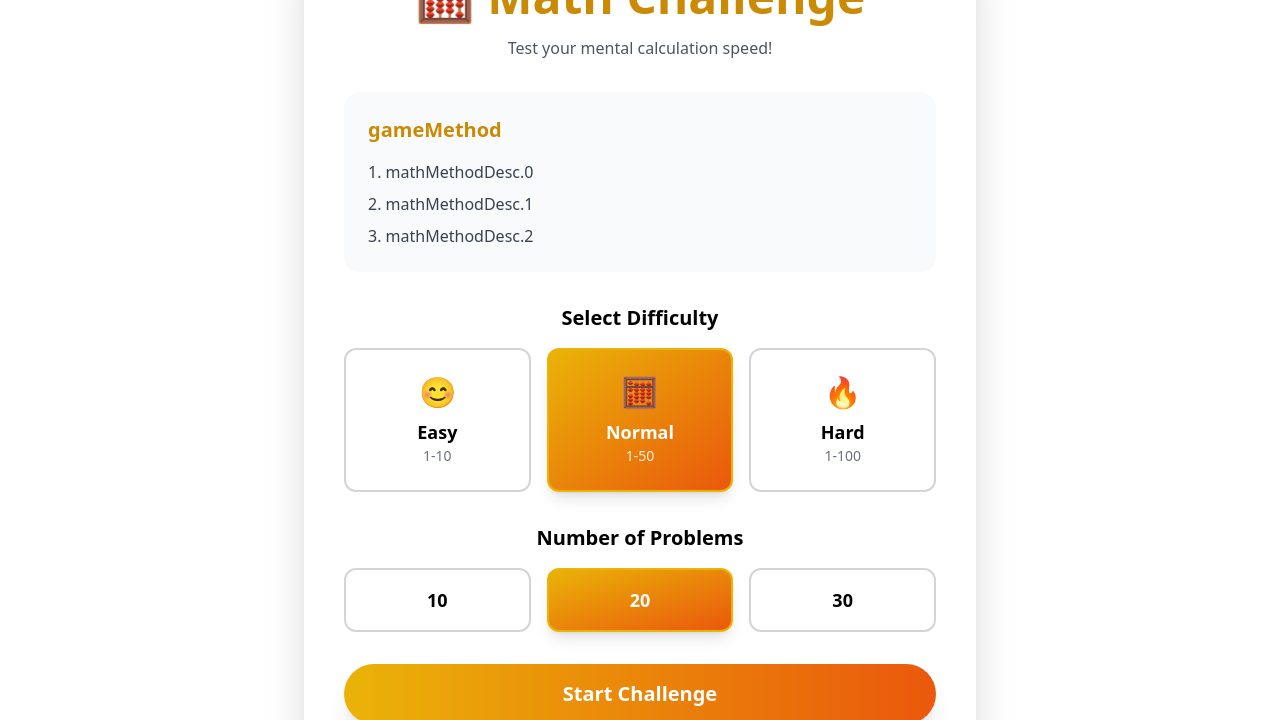
Repository: Lcmind/withjocoding
Page: math-challenge.html
These files come from the project's save history. The page is drawn as it stood at one moment and after the next save; the edit follows.
The browser window is 1280 px wide. The pictures show the whole page.
An inner scrolling area shows only its first screen. Some web libraries are served in a nearby version.

Above is the page before, as saved 2026-01-13 20:40:57.

### math-challenge.html
<!DOCTYPE html>
<html lang="en">
<head>
  <meta charset="UTF-8">
  <meta name="viewport" content="width=device-width, initial-scale=1.0">
  <meta name="description" content="Free Math Challenge! Test your mental calculation speed. Perfect for brain training!">
  <title>Math Challenge - Mental Calculation Speed Training</title>

  <!-- Tailwind CSS -->
  <script src="https://cdn.tailwindcss.com"></script>
  <script>
    tailwind.config = {
      theme: {
        extend: {
          colors: {
            primary: '#667eea',
            secondary: '#764ba2',
          }
        }
      }
    }
  </script>

  <!-- Google AdSense -->
  <script async src="https://pagead2.googlesyndication.com/pagead/js/adsbygoogle.js?client=ca-pub-1247545232353663"
     crossorigin="anonymous"></script>

  <style>
    @keyframes shake {
      0%, 100% { transform: translateX(0); }
      25% { transform: translateX(-10px); }
      75% { transform: translateX(10px); }
    }
    .shake {
      animation: shake 0.3s ease-in-out;
    }
    @keyframes correct-flash {
      0%, 100% { background-color: transparent; }
      50% { background-color: rgba(34, 197, 94, 0.2); }
    }
    .correct-flash {
      animation: correct-flash 0.5s ease-in-out;
    }
    /* 화면 전환 제어 (강력한 고정) */
    .screen {
      display: none !important;
      width: 100%;
      height: 100%;
    }
    .screen.active {
      display: flex !important;
      position: fixed;
      top: 0;
      left: 0;
      right: 0;
      bottom: 0;
      z-index: 9999;
      overflow-y: auto;
      background-color: white; /* 배경색 명시 */
    }
  </style>
</head>
<body class="min-h-screen bg-gradient-to-br from-yellow-500 to-orange-600 overflow-hidden">

  <!-- 언어 선택 -->
  <div class="fixed top-4 right-4 z-50">
    <select id="language-selector" class="px-4 py-2 rounded-lg bg-white shadow-lg cursor-pointer">
      <option value="ko">🇰🇷 한국어</option>
      <option value="en">🇺🇸 English</option>
    </select>
  </div>

  <!-- 홈으로 돌아가기 -->
  <div class="fixed top-4 left-4 z-50">
    <a href="index.html" class="px-4 py-2 bg-white rounded-lg shadow-lg hover:shadow-xl transition-all text-gray-700 font-bold">
      ← <span data-i18n="backHome">Home</span>
    </a>
  </div>

  <!-- 시작 화면 -->
  <div id="start-screen" class="screen active min-h-screen flex flex-col items-center justify-center p-4">
    <!-- 상단 광고 -->
    <div class="mb-6 flex justify-center">
      <ins class="adsbygoogle block"
           style="display:block; max-height:90px;"
           data-ad-format="horizontal"
           data-ad-client="ca-pub-1247545232353663"
           data-full-width-responsive="true"></ins>
    </div>

    <div class="max-w-2xl w-full bg-white rounded-3xl shadow-2xl p-6 md:p-10">
      <h1 class="text-4xl md:text-5xl font-bold text-center text-yellow-600 mb-4">
        🧮 <span data-i18n="title">Math Challenge</span>
      </h1>
      <p class="text-center text-gray-600 mb-8" data-i18n="subtitle">Test your mental calculation speed!</p>

      <!-- 게임 방법 -->
      <div class="bg-gray-50 rounded-2xl p-6 mb-8">
        <h3 class="text-xl font-bold text-yellow-600 mb-4" data-i18n="gameMethod">How to Play</h3>
        <ol class="list-decimal list-inside space-y-2 text-gray-700">
          <li data-i18n="mathMethodDesc.0">Math problems appear on screen</li>
          <li data-i18n="mathMethodDesc.1">Choose the correct answer quickly</li>
          <li data-i18n="mathMethodDesc.2">Complete all problems to see your speed!</li>
        </ol>
      </div>

      <!-- 난이도 선택 -->
      <div class="mb-8">
        <h3 class="text-xl font-bold text-center mb-4" data-i18n="selectDifficulty">Select Difficulty</h3>
        <div class="grid grid-cols-1 md:grid-cols-3 gap-4">
          <button class="difficulty-btn border-2 border-gray-300 rounded-xl p-6 hover:border-yellow-500 hover:shadow-lg transition-all" data-difficulty="easy">
            <div class="text-3xl mb-2">😊</div>
            <div class="font-bold text-lg" data-i18n="easy">Easy</div>
            <div class="text-sm text-gray-500">1-10</div>
          </button>
          <button class="difficulty-btn active border-2 border-yellow-500 bg-gradient-to-br from-yellow-500 to-orange-600 text-white rounded-xl p-6 shadow-lg" data-difficulty="normal">
            <div class="text-3xl mb-2">🧮</div>
            <div class="font-bold text-lg" data-i18n="normal">Normal</div>
            <div class="text-sm opacity-90">1-50</div>
          </button>
          <button class="difficulty-btn border-2 border-gray-300 rounded-xl p-6 hover:border-yellow-500 hover:shadow-lg transition-all" data-difficulty="hard">
            <div class="text-3xl mb-2">🔥</div>
            <div class="font-bold text-lg" data-i18n="hard">Hard</div>
            <div class="text-sm text-gray-500">1-100</div>
          </button>
        </div>
      </div>

      <!-- 문제 수 선택 -->
      <div class="mb-8">
        <h3 class="text-xl font-bold text-center mb-4" data-i18n="selectProblems">Number of Problems</h3>
        <div class="grid grid-cols-3 gap-4">
          <button class="problems-btn border-2 border-gray-300 rounded-xl p-4 hover:border-yellow-500 hover:shadow-lg transition-all" data-problems="10">
            <div class="font-bold text-lg">10</div>
          </button>
          <button class="problems-btn active border-2 border-yellow-500 bg-gradient-to-br from-yellow-500 to-orange-600 text-white rounded-xl p-4 shadow-lg" data-problems="20">
            <div class="font-bold text-lg">20</div>
          </button>
          <button class="problems-btn border-2 border-gray-300 rounded-xl p-4 hover:border-yellow-500 hover:shadow-lg transition-all" data-problems="30">
            <div class="font-bold text-lg">30</div>
          </button>
        </div>
      </div>

      <button id="start-btn" class="w-full bg-gradient-to-r from-yellow-500 to-orange-600 text-white font-bold text-xl py-4 rounded-full shadow-xl hover:shadow-2xl hover:-translate-y-1 transition-all">
        <span data-i18n="startChallenge">Start Challenge</span>
      </button>

      <div class="mt-6 text-center text-gray-600">
        <p>🏆 <span data-i18n="bestTime">Best Time</span>: <span id="best-record">--</span></p>
      </div>
    </div>
  </div>

  <!-- 게임 화면 -->
  <div id="game-screen" class="screen hidden min-h-screen bg-gray-900 relative flex items-center justify-center">
    <!-- 게임 정보 -->
    <div class="fixed top-8 left-1/2 transform -translate-x-1/2 z-10">
      <div class="flex gap-8 bg-white/10 backdrop-blur-md px-6 py-3 rounded-full">
        <div class="text-white text-lg">
          <span class="opacity-80" data-i18n="problems">Problems</span>: <span id="problem-count" class="font-bold">0 / 20</span>
        </div>
        <div class="text-white text-lg">
          <span class="opacity-80" data-i18n="time">Time</span>: <span id="time-display" class="font-bold">0.0s</span>
        </div>
        <div class="text-white text-lg">
          <span class="opacity-80" data-i18n="accuracy">Accuracy</span>: <span id="accuracy-display" class="font-bold">100%</span>
        </div>
      </div>
    </div>

    <!-- 문제 영역 -->
    <div class="max-w-2xl w-full mx-4">
      <div class="bg-white rounded-3xl shadow-2xl p-8 md:p-12">
        <div id="problem-display" class="text-5xl md:text-7xl font-bold text-center text-gray-800 mb-8">
          2 + 3 = ?
        </div>

        <div class="grid grid-cols-2 gap-4">
          <button class="answer-btn bg-gradient-to-br from-blue-500 to-purple-600 text-white font-bold text-3xl py-6 rounded-2xl shadow-lg hover:shadow-xl hover:-translate-y-1 transition-all">
            5
          </button>
          <button class="answer-btn bg-gradient-to-br from-green-500 to-teal-600 text-white font-bold text-3xl py-6 rounded-2xl shadow-lg hover:shadow-xl hover:-translate-y-1 transition-all">
            6
          </button>
          <button class="answer-btn bg-gradient-to-br from-yellow-500 to-orange-600 text-white font-bold text-3xl py-6 rounded-2xl shadow-lg hover:shadow-xl hover:-translate-y-1 transition-all">
            4
          </button>
          <button class="answer-btn bg-gradient-to-br from-red-500 to-pink-600 text-white font-bold text-3xl py-6 rounded-2xl shadow-lg hover:shadow-xl hover:-translate-y-1 transition-all">
            7
          </button>
        </div>
      </div>
    </div>
  </div>

  <!-- 결과 화면 -->
  <div id="result-screen" class="screen hidden min-h-screen flex flex-col items-center justify-center p-4">
    <div class="max-w-2xl w-full bg-white rounded-3xl shadow-2xl p-6 md:p-10">
      <h1 class="text-4xl font-bold text-center text-yellow-600 mb-8">
        🧮 <span data-i18n="results">Results</span>
      </h1>

      <div class="bg-gradient-to-br from-yellow-500 to-orange-600 text-white rounded-2xl p-8 mb-6">
        <div class="text-center mb-6">
          <div class="text-lg opacity-90 mb-2" data-i18n="totalTime">Total Time</div>
          <div id="final-time" class="text-6xl font-bold mb-4">10.0s</div>
        </div>

        <div class="grid grid-cols-3 gap-4">
          <div class="bg-white/20 rounded-xl p-4 text-center">
            <div class="text-sm opacity-90" data-i18n="correct">Correct</div>
            <div id="correct-count" class="text-2xl font-bold">0</div>
          </div>
          <div class="bg-white/20 rounded-xl p-4 text-center">
            <div class="text-sm opacity-90" data-i18n="wrong">Wrong</div>
            <div id="wrong-count" class="text-2xl font-bold">0</div>
          </div>
          <div class="bg-white/20 rounded-xl p-4 text-center">
            <div class="text-sm opacity-90" data-i18n="accuracy">Accuracy</div>
            <div id="final-accuracy" class="text-2xl font-bold">100%</div>
          </div>
        </div>

        <div class="mt-6 text-center">
          <div class="text-sm opacity-90" data-i18n="avgTimePerProblem">Avg Time per Problem</div>
          <div id="avg-time" class="text-3xl font-bold">0.5s</div>
        </div>
      </div>

      <div class="flex gap-4">
        <button id="retry-btn" class="flex-1 bg-gradient-to-r from-yellow-500 to-orange-600 text-white font-bold text-xl py-4 rounded-full shadow-xl hover:shadow-2xl hover:-translate-y-1 transition-all">
          <span data-i18n="challengeAgain">Challenge Again</span>
        </button>
        <button id="home-btn" class="flex-1 bg-white text-yellow-600 border-2 border-yellow-600 font-bold text-xl py-4 rounded-full hover:bg-yellow-600 hover:text-white transition-all">
          <span data-i18n="backHome">Home</span>
        </button>
      </div>
    </div>

    <!-- 하단 광고 -->
    <div class="mt-6 flex justify-center">
      <ins class="adsbygoogle block"
           style="display:block; min-height:250px;"
           data-ad-format="autorelaxed"
           data-ad-client="ca-pub-1247545232353663"
           data-full-width-responsive="true"></ins>
    </div>
  </div>

  <!-- Footer -->
  <footer class="w-full py-6 text-center text-white bg-gray-900">
    <p class="mb-2">Made with ❤️ | Math Challenge</p>
    <p class="text-sm">
      <a href="privacy.html" class="text-white hover:underline mx-2" data-i18n="privacyPolicy">Privacy Policy</a> |
      <a href="terms.html" class="text-white hover:underline mx-2" data-i18n="termsOfService">Terms of Service</a>
    </p>
  </footer>

  <script>
    (adsbygoogle = window.adsbygoogle || []).push({});
  </script>

  <script src="math-challenge.js"></script>
</body>
</html>

### math-challenge.js
document.addEventListener('DOMContentLoaded', () => {
  // 번역
  const translations = {
    ko: {
      title: '수학 챌린지',
      subtitle: '빠른 암산 능력을 테스트하세요!',
      selectDifficulty: '난이도 선택',
      easy: '쉬움',
      normal: '보통',
      hard: '어려움',
      selectProblems: '문제 수 선택',
      startChallenge: '챌린지 시작',
      bestTime: '최단 시간',
      problems: '문제',
      time: '시간',
      accuracy: '정확도',
      results: '결과',
      totalTime: '총 시간',
      correct: '정답',
      wrong: '오답',
      avgTimePerProblem: '문제당 평균 시간',
      challengeAgain: '다시 도전',
      backHome: '홈으로',
      privacyPolicy: '개인정보처리방침',
      termsOfService: '이용약관'
    },
    en: {
      title: 'Math Challenge',
      subtitle: 'Test your mental calculation speed!',
      selectDifficulty: 'Select Difficulty',
      easy: 'Easy',
      normal: 'Normal',
      hard: 'Hard',
      selectProblems: 'Number of Problems',
      startChallenge: 'Start Challenge',
      bestTime: 'Best Time',
      problems: 'Problems',
      time: 'Time',
      accuracy: 'Accuracy',
      results: 'Results',
      totalTime: 'Total Time',
      correct: 'Correct',
      wrong: 'Wrong',
      avgTimePerProblem: 'Avg Time per Problem',
      challengeAgain: 'Challenge Again',
      backHome: 'Home',
      privacyPolicy: 'Privacy Policy',
      termsOfService: 'Terms of Service'
    }
  };

  let currentLang = 'en';
  try {
    currentLang = localStorage.getItem('preferredLanguage') || 'en';
  } catch (e) {
    console.warn('LocalStorage access failed:', e);
  }

  const languageSelector = document.getElementById('language-selector');
  if (languageSelector) languageSelector.value = currentLang;

  // 게임 로직 변수 선언 (최상단으로 이동)
  let difficulty = 'normal';
  let problemCount = 20;
  let currentProblem = 0;
  let correctAnswers = 0;
  let wrongAnswers = 0;
  let startTime = 0;
  let correctAnswer = 0;

  function t(key) {
    return translations[currentLang][key] || key;
  }

  function updateLanguage() {
    document.querySelectorAll('[data-i18n]').forEach(el => {
      const key = el.getAttribute('data-i18n');
      el.textContent = t(key);
    });
    loadBestRecord();
  }

  if (languageSelector) {
    languageSelector.addEventListener('change', (e) => {
      currentLang = e.target.value;
      try {
        localStorage.setItem('preferredLanguage', currentLang);
      } catch (e) {
        console.warn('LocalStorage save failed:', e);
      }
      updateLanguage();
    });
  }

  updateLanguage();

  // 변수 선언 제거 (상단으로 이동됨)
  const difficultySettings = {
    easy: { min: 1, max: 10 },
    normal: { min: 1, max: 50 },
    hard: { min: 1, max: 100 }
  };

  const operations = ['+', '-', '×', '÷'];

  // 난이도 선택
  document.querySelectorAll('.difficulty-btn').forEach(btn => {
    btn.addEventListener('click', () => {
      document.querySelectorAll('.difficulty-btn').forEach(b => {
        b.classList.remove('active', 'border-yellow-500', 'bg-gradient-to-br', 'from-yellow-500', 'to-orange-600', 'text-white', 'shadow-lg');
        b.classList.add('border-gray-300');
      });
      btn.classList.remove('border-gray-300');
      btn.classList.add('active', 'border-yellow-500', 'bg-gradient-to-br', 'from-yellow-500', 'to-orange-600', 'text-white', 'shadow-lg');
      difficulty = btn.dataset.difficulty;
      loadBestRecord();
    });
  });

  // 문제 수 선택
  document.querySelectorAll('.problems-btn').forEach(btn => {
    btn.addEventListener('click', () => {
      document.querySelectorAll('.problems-btn').forEach(b => {
        b.classList.remove('active', 'border-yellow-500', 'bg-gradient-to-br', 'from-yellow-500', 'to-orange-600', 'text-white', 'shadow-lg');
        b.classList.add('border-gray-300');
      });
      btn.classList.remove('border-gray-300');
      btn.classList.add('active', 'border-yellow-500', 'bg-gradient-to-br', 'from-yellow-500', 'to-orange-600', 'text-white', 'shadow-lg');
      problemCount = parseInt(btn.dataset.problems);
      loadBestRecord();
    });
  });

  const startBtn = document.getElementById('start-btn');
  if (startBtn) {
    startBtn.addEventListener('click', startGame);
  }

  const retryBtn = document.getElementById('retry-btn');
  if (retryBtn) {
    retryBtn.addEventListener('click', () => {
      hideScreen(document.getElementById('result-screen'));
      showScreen(document.getElementById('start-screen'));
    });
  }

  const homeBtn = document.getElementById('home-btn');
  if (homeBtn) {
    homeBtn.addEventListener('click', () => {
      window.location.href = 'index.html';
    });
  }

  function startGame() {
    try {
      const startScreen = document.getElementById('start-screen');
      const gameScreen = document.getElementById('game-screen');

      if (!startScreen || !gameScreen) {
        throw new Error('Required screen elements not found');
      }

      hideScreen(startScreen);
      showScreen(gameScreen);

      initGame();
    } catch (e) {
      console.error('Failed to start game:', e);
      alert('Error starting game. Please try again.');
    }
  }

  function initGame() {
    currentProblem = 0;
    correctAnswers = 0;
    wrongAnswers = 0;
    startTime = Date.now();

    updateGameInfo();
    generateProblem();
  }

  function generateProblem() {
    if (currentProblem >= problemCount) {
      endGame();
      return;
    }

    const settings = difficultySettings[difficulty];
    const operation = operations[Math.floor(Math.random() * operations.length)];

    let num1, num2, answer;

    // 연산에 따라 숫자 생성
    switch(operation) {
      case '+':
        num1 = randomInt(settings.min, settings.max);
        num2 = randomInt(settings.min, settings.max);
        answer = num1 + num2;
        break;
      case '-':
        num1 = randomInt(settings.min, settings.max);
        num2 = randomInt(settings.min, num1); // 음수 방지
        answer = num1 - num2;
        break;
      case '×':
        // 곱셈은 숫자를 작게
        const maxMul = Math.floor(Math.sqrt(settings.max));
        num1 = randomInt(settings.min, maxMul);
        num2 = randomInt(settings.min, maxMul);
        answer = num1 * num2;
        break;
      case '÷':
        // 나눗셈은 정확히 떨어지게
        num2 = randomInt(settings.min, Math.floor(settings.max / 10));
        answer = randomInt(settings.min, Math.floor(settings.max / num2));
        num1 = answer * num2;
        break;
    }

    correctAnswer = answer;

    // 문제 표시
    const problemDisplay = document.getElementById('problem-display');
    if (problemDisplay) {
      problemDisplay.textContent = `${num1} ${operation} ${num2} = ?`;
    }

    // 정답과 오답 3개 생성
    const answers = [answer];
    const range = Math.max(3, Math.floor(answer * 0.3)); // 30% 범위

    while (answers.length < 4) {
      const wrongAnswer = answer + randomInt(-range, range);
      if (wrongAnswer > 0 && !answers.includes(wrongAnswer)) {
        answers.push(wrongAnswer);
      }
    }

    // 섞기
    answers.sort(() => Math.random() - 0.5);

    // 답안 버튼에 할당
    const answerBtns = document.querySelectorAll('.answer-btn');
    answerBtns.forEach((btn, idx) => {
      btn.textContent = answers[idx];
      btn.onclick = () => checkAnswer(answers[idx]);
    });
  }

  function checkAnswer(selectedAnswer) {
    const problemDisplay = document.getElementById('problem-display');

    if (selectedAnswer === correctAnswer) {
      correctAnswers++;
      if (problemDisplay) {
        problemDisplay.classList.add('correct-flash');
        setTimeout(() => {
          problemDisplay.classList.remove('correct-flash');
        }, 500);
      }
    } else {
      wrongAnswers++;
      if (problemDisplay) {
        problemDisplay.classList.add('shake');
        setTimeout(() => {
          problemDisplay.classList.remove('shake');
        }, 300);
      }
    }

    currentProblem++;
    updateGameInfo();

    setTimeout(() => {
      generateProblem();
    }, 500);
  }

  function updateGameInfo() {
    const problemCountEl = document.getElementById('problem-count');
    if (problemCountEl) problemCountEl.textContent = `${currentProblem} / ${problemCount}`;

    const elapsed = (Date.now() - startTime) / 1000;
    const timeDisplayEl = document.getElementById('time-display');
    if (timeDisplayEl) timeDisplayEl.textContent = `${elapsed.toFixed(1)}s`;

    const total = correctAnswers + wrongAnswers;
    const accuracy = total > 0 ? Math.round((correctAnswers / total) * 100) : 100;
    const accuracyDisplayEl = document.getElementById('accuracy-display');
    if (accuracyDisplayEl) accuracyDisplayEl.textContent = `${accuracy}%`;
  }

  function endGame() {
    const totalTime = ((Date.now() - startTime) / 1000).toFixed(1);
    const accuracy = Math.round((correctAnswers / problemCount) * 100);
    const avgTime = (totalTime / problemCount).toFixed(2);

    const finalTimeEl = document.getElementById('final-time');
    if (finalTimeEl) finalTimeEl.textContent = `${totalTime}s`;

    const correctCountEl = document.getElementById('correct-count');
    if (correctCountEl) correctCountEl.textContent = correctAnswers;

    const wrongCountEl = document.getElementById('wrong-count');
    if (wrongCountEl) wrongCountEl.textContent = wrongAnswers;

    const finalAccuracyEl = document.getElementById('final-accuracy');
    if (finalAccuracyEl) finalAccuracyEl.textContent = `${accuracy}%`;

    const avgTimeEl = document.getElementById('avg-time');
    if (avgTimeEl) avgTimeEl.textContent = `${avgTime}s`;

    // 최고 기록 저장 (정확도 100%일 때만)
    if (accuracy === 100) {
      const key = `mathBest_${difficulty}_${problemCount}`;
      try {
        const best = localStorage.getItem(key);
        if (!best || parseFloat(totalTime) < parseFloat(best)) {
          localStorage.setItem(key, totalTime);
        }
      } catch (e) {
        console.warn('LocalStorage save failed:', e);
      }
    }

    hideScreen(document.getElementById('game-screen'));
    showScreen(document.getElementById('result-screen'));
  }

  function randomInt(min, max) {
    return Math.floor(Math.random() * (max - min + 1)) + min;
  }

  function showScreen(screen) {
    if (screen) {
      screen.classList.remove('hidden');
      screen.classList.add('active');
    }
  }

  function hideScreen(screen) {
    if (screen) {
      screen.classList.add('hidden');
      screen.classList.remove('active');
    }
  }

  function loadBestRecord() {
    const key = `mathBest_${difficulty}_${problemCount}`;
    try {
      const best = localStorage.getItem(key);
      const bestRecordEl = document.getElementById('best-record');
      if (bestRecordEl) bestRecordEl.textContent = best ? `${best}s` : '--';
    } catch (e) {
      console.warn('LocalStorage access failed:', e);
    }
  }

  loadBestRecord();

  // 게임 중 시간 업데이트
  setInterval(() => {
    const gameScreen = document.getElementById('game-screen');
    if (gameScreen && gameScreen.classList.contains('active')) {
      updateGameInfo();
    }
  }, 100);
});

After the next save:
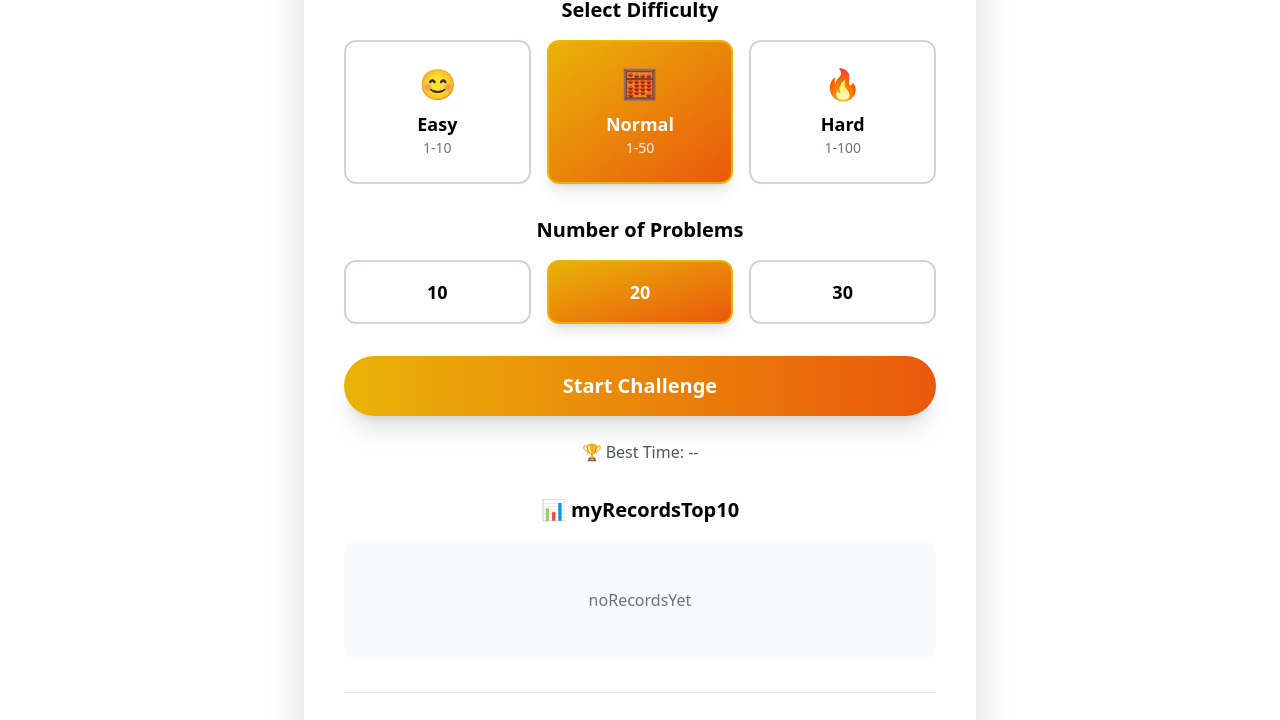
Saved 24 s later.
--- a/math-challenge.html
+++ b/math-challenge.html
@@ -148,6 +148,44 @@
 
       <div class="mt-6 text-center text-gray-600">
         <p>🏆 <span data-i18n="bestTime">Best Time</span>: <span id="best-record">--</span></p>
+      </div>
+
+      <!-- 내 기록 TOP 10 -->
+      <div class="mt-8">
+        <h3 class="text-xl font-bold text-center mb-4">📊 <span data-i18n="myRecordsTop10">My Top 10 Records</span></h3>
+        <div id="history-list" class="bg-gray-50 rounded-2xl p-4 max-h-80 overflow-y-auto">
+          <p class="text-center text-gray-500 py-8" data-i18n="noRecordsYet">No records yet. Start now!</p>
+        </div>
+      </div>
+
+      <!-- 다른 게임 섹션 -->
+      <div class="mt-8 border-t border-gray-200 pt-8">
+        <h3 class="text-xl font-bold text-center mb-4">🎮 <span data-i18n="otherGames">Other Games</span></h3>
+        <div class="grid grid-cols-1 md:grid-cols-2 gap-4">
+          <a href="index.html" class="block bg-gradient-to-br from-purple-500 to-pink-600 rounded-xl p-6 text-white hover:shadow-xl transition-all duration-300 hover:-translate-y-1">
+            <div class="text-3xl mb-2">🎯</div>
+            <div class="font-bold text-lg mb-2" data-i18n="fpsReactionTest">FPS Reaction Test</div>
+            <div class="text-sm opacity-90" data-i18n="fpsReactionDesc">Test your reaction speed</div>
+          </a>
+
+          <a href="memory-test.html" class="block bg-gradient-to-br from-blue-500 to-purple-600 rounded-xl p-6 text-white hover:shadow-xl transition-all duration-300 hover:-translate-y-1">
+            <div class="text-3xl mb-2">🧠</div>
+            <div class="font-bold text-lg mb-2" data-i18n="memoryTest">Memory Test</div>
+            <div class="text-sm opacity-90" data-i18n="memoryTestDesc">Test your memory skills</div>
+          </a>
+
+          <a href="typing-speed.html" class="block bg-gradient-to-br from-green-500 to-teal-600 rounded-xl p-6 text-white hover:shadow-xl transition-all duration-300 hover:-translate-y-1">
+            <div class="text-3xl mb-2">⚡</div>
+            <div class="font-bold text-lg mb-2" data-i18n="typingSpeed">Typing Speed</div>
+            <div class="text-sm opacity-90" data-i18n="typingSpeedDesc">Test your typing speed</div>
+          </a>
+
+          <a href="aim-trainer.html" class="block bg-gradient-to-br from-orange-500 to-red-600 rounded-xl p-6 text-white hover:shadow-xl transition-all duration-300 hover:-translate-y-1">
+            <div class="text-3xl mb-2">🎯</div>
+            <div class="font-bold text-lg mb-2" data-i18n="aimTrainer">Aim Trainer</div>
+            <div class="text-sm opacity-90" data-i18n="aimTrainerDesc">Improve your aim precision</div>
+          </a>
+        </div>
       </div>
     </div>
   </div>
